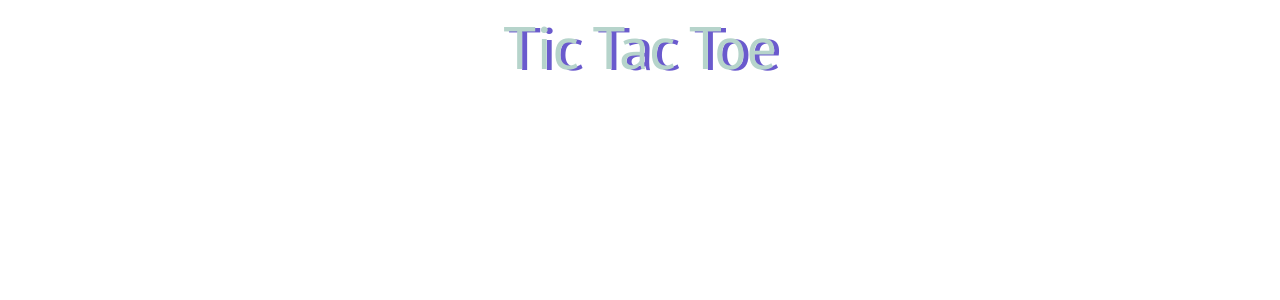
Repository: chin9/TicTacToe
Page: index.html
The author's editor kept a copy of each file at every save. The page is drawn from the files as they stood at one save, then again after the next save.
The browser window is 1280 px wide. The pictures show the whole page.

Above is the page before, as saved 2021-05-12 13:37:26.

### index.html
<head>
    <link rel='stylesheet' href='style.css'>
</head>

<header>Tic Tac Toe</header>

### style.css
@import url('https://fonts.googleapis.com/css2?family=PT+Sans&display=swap');

header{
    font-family: 'PT Sans', sans-serif;
    font-size: 60px;
    color: rgb(182, 212, 203);
    text-shadow: 5px 1px slateblue;
    text-align: center;
}

After the next save:
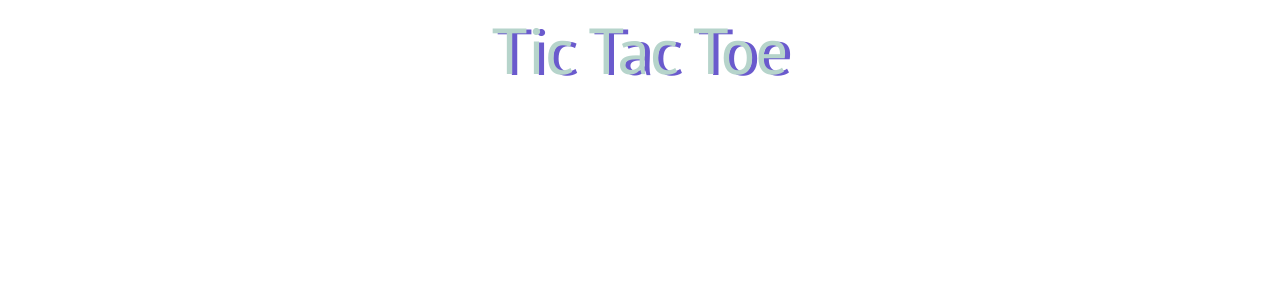
Saved 7 s later.
--- a/style.css
+++ b/style.css
@@ -2,7 +2,7 @@
 
 header{
     font-family: 'PT Sans', sans-serif;
-    font-size: 60px;
+    font-size: 65px;
     color: rgb(182, 212, 203);
     text-shadow: 5px 1px slateblue;
     text-align: center;
